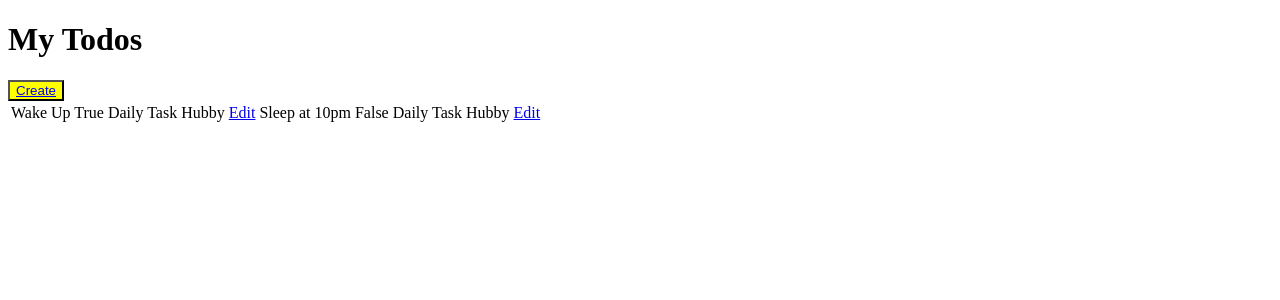
Repository: 99Ace/djangoLesson
Page: http://localhost/todos/
The author's editor kept a record of every edit. The page is drawn from the files as they stood at one moment, then again after the next edit.
The browser window is 1280 px wide. The pictures show the whole page.
The page is served by the project's application, run on Django 2.2 (manage.py). Other server files are loaded and not shown. The page reads the database file committed with the project.

Above is the page before.

### todos/views.py
from django.shortcuts import render, HttpResponse, redirect, get_object_or_404
from .models import Item
from .forms import ItemForm

# Create your views here.
def show_todos(request):
    results = Item.objects.all()
    return render(request, "todo.html", {
        'items':results
    })

# CREATE FUNCTION
def create_item(request):
  if request.method == "POST":
        form = ItemForm(request.POST, request.FILES)
        if form.is_valid():
            form.save()
            return redirect(show_todos)
  else:
     form = ItemForm()
     return render(request, "todo_form.html", {'form': form})

#create new function
def edit_item(request, id):
    item = get_object_or_404(Item, pk=id)

    if request.method == "POST":
        form = ItemForm(request.POST, instance=item)
        if form.is_valid():
            form.save()
            return redirect(show_todos)
    else:
        form = ItemForm(instance=item)
    return render(request, "todo_form.html", {'form': form})

### todos/templates/todo.html
<!DOCTYPE html>
<html lang="en">
<head>
    <meta charset="UTF-8">
    <meta name="viewport" content="width=device-width, initial-scale=1.0">
    <meta http-equiv="X-UA-Compatible" content="ie=edge">
    <title>Document</title>
</head>
<body>
    <h1> My Todos</h1>
    <button style="background-color:yellow"><a href="create">Create</a></button>
    <table>
    <tr>
        {% for i in items %}
         <td>
             {{ i.name }}
             {{ i.done }}
             {{ i.tag }}
             {{ i.category }}
             {{ i.assign }} <a href="edit/{{i.id}}">Edit</a>
         </td>
        {%endfor%}
    </tr>
    </table>
</body>
</html>

### todos/models.py
from django.db import models

# Create your models here.
# declare a class named "Item"
class Item(models.Model):
    name = models.CharField(max_length=30, blank=False)
    done = models.BooleanField(blank=False, default=False)
    ongoing = models.BooleanField(blank=False, default=False)
    completed_at = models.DateField(blank=True, null=True, default=None)
    category = models.ForeignKey('Category', on_delete=models.CASCADE)
    tags = models.ManyToManyField('Tag')
    assign = models.ForeignKey('Arrow', on_delete=models.CASCADE)

    def __str__(self):
        return self.name

class Category(models.Model):
    name = models.CharField(max_length=255, blank=False)
    def __str__(self):
        return self.name

class Tag(models.Model):
    name = models.CharField(max_length=50, blank=False)
    def __str__(self):
        return self.name

class Arrow(models.Model):
    name = models.CharField(max_length=255, blank=False)
    def __str__(self):
        return self.name

### todo_project/urls.py
"""todo_project URL Configuration

The `urlpatterns` list routes URLs to views. For more information please see:
    https://docs.djangoproject.com/en/2.2/topics/http/urls/
Examples:
Function views
    1. Add an import:  from my_app import views
    2. Add a URL to urlpatterns:  path('', views.home, name='home')
Class-based views
    1. Add an import:  from other_app.views import Home
    2. Add a URL to urlpatterns:  path('', Home.as_view(), name='home')
Including another URLconf
    1. Import the include() function: from django.urls import include, path
    2. Add a URL to urlpatterns:  path('blog/', include('blog.urls'))
"""
from django.contrib import admin
from django.urls import path
from todos.views import show_todos, create_item, edit_item  #<-- add function name here


urlpatterns = [
    path('admin/', admin.site.urls),
    path('todos/',show_todos),
    path('todos/create', create_item),
    path('todos/edit/<id>', edit_item)
    # path('todos/delete'<--route , function name)
]

### db.sqlite3 (the tables this page reads, as SQL)
CREATE TABLE "todos_arrow" ("id" integer NOT NULL PRIMARY KEY AUTOINCREMENT, "name" varchar(255) NOT NULL);
INSERT INTO "todos_arrow" VALUES
(1, 'Wife'),
(2, 'Son'),
(3, 'Hubby'),
(4, 'Daughter');

CREATE TABLE "todos_category" ("id" integer NOT NULL PRIMARY KEY AUTOINCREMENT, "name" varchar(255) NOT NULL);
INSERT INTO "todos_category" VALUES
(1, 'Daily Task'),
(2, 'Achoc Task'),
(3, 'Random Task');

CREATE TABLE "todos_item" ("id" integer NOT NULL PRIMARY KEY AUTOINCREMENT, "name" varchar(30) NOT NULL, "done" bool NOT NULL, "completed_at" date NULL, "ongoing" bool NOT NULL, "category_id" integer NOT NULL REFERENCES "todos_category" ("id") DEFERRABLE INITIALLY DEFERRED, "assign_id" integer NOT NULL REFERENCES "todos_arrow" ("id") DEFERRABLE INITIALLY DEFERRED);
INSERT INTO "todos_item" VALUES
(1, 'Wake Up', 1, NULL, 0, 1, 3),
(2, 'Sleep at 10pm', 0, NULL, 0, 1, 3);

After the next edit:
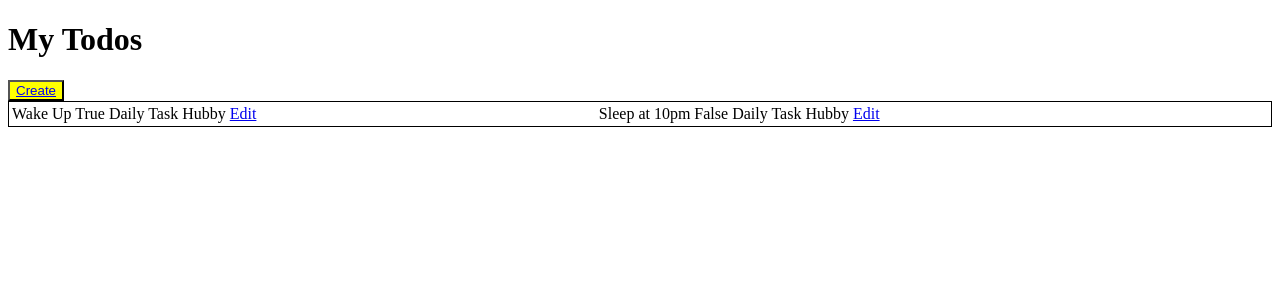
The edit:
--- a/todos/templates/todo.html
+++ b/todos/templates/todo.html
@@ -9,7 +9,7 @@
 <body>
     <h1> My Todos</h1>
     <button style="background-color:yellow"><a href="create">Create</a></button>
-    <table>
+    <table style = "border:black solid 1pt; width:100% ">
     <tr>
         {% for i in items %}
          <td>
